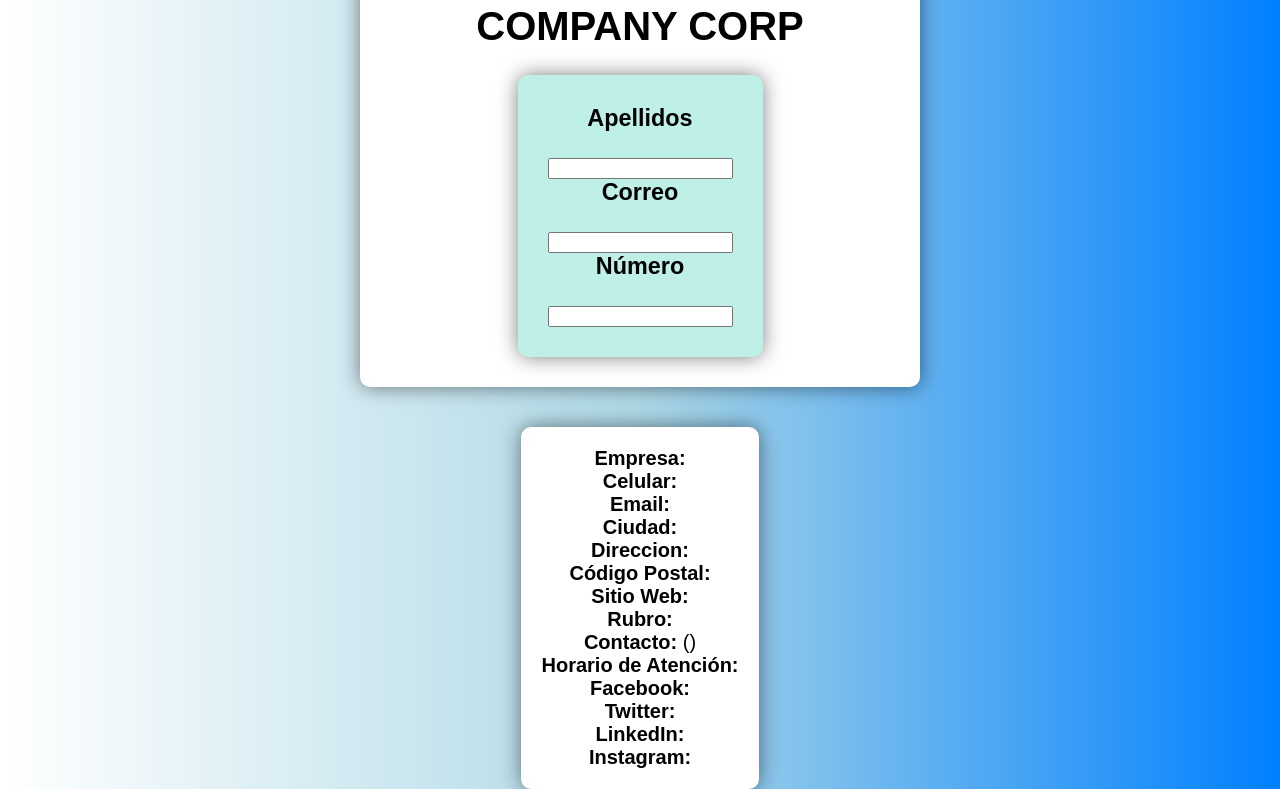
Repository: ANGELEDU141/TAREAWEBEWJASJDASJ
Page: http://localhost/JAVAWEBTAREA/WEB-INF/views/contenido.jsp
These files come from the project's save history. The page is drawn as it stood at one moment and after the next save; the edit follows.
The browser window is 1280 px wide. The pictures show the whole page.
The page is served by Tomcat 9. Nobody is signed in. Other server files are loaded and not shown. The template is opened directly, without the code that normally fills it, so the values that code supplies are empty.

Above is the page before, as saved 2024-09-01 10:10:55.

### JAVAWEBTAREA/src/main/webapp/WEB-INF/views/contenido.jsp
<%@ page language="java" contentType="text/html; charset=UTF-8"
    pageEncoding="UTF-8"%>
<!DOCTYPE html>
<html>
<head>
<meta charset="UTF-8">
<title> COMPANY </title>
<link rel="icon" href="https://static.vecteezy.com/system/resources/previews/008/214/517/non_2x/abstract-geometric-logo-or-infinity-line-logo-for-your-company-free-vector.jpg">
<style>
    body {


        height: 100vh;
        display: flex;
        align-items:center;
         flex-direction: column;
        justify-content: center; /* Centra horizontalmente */
        align-items: center; /* Centra verticalmente */
        font-family: Arial, sans-serif;
		background: linear-gradient(to right, rgb(255, 255, 255), rgb(173, 216, 230), rgb(0, 128, 255));

    }
    .container {

    	width:500px;
    	height:500px;

        max-width: 600px;
        display:flex;
   		flex-direction:column;
   		align-content:center;
   		justify-content: center;
   		align-items:center;
   		padding: 30px;

        background-color: white;
        box-shadow: 0px 0px 20px rgba(0, 0, 0, 0.5);
        text-align: center;
        border-radius: 10px;
        font-size: 20px;

    }

    .contac {

 		margin-top: 40px;
        max-width: 600px;
        padding:20px;
        background-color: white;
        box-shadow: 0px 0px 20px rgba(0, 0, 0, 0.5);
        text-align: center;
        border-radius: 10px;
        font-size: 20px;

        }




    .quest {



   		padding: 30px;
   		border:60px;
        max-width: 200px;
        background-color: rgba(191, 240, 232);
        box-shadow: 0px 0px 20px rgba(0, 0, 0, 0.5);
        text-align: center;
        border-radius: 10px;
        }

        .quest h3{
         margin: 0;
    padding:0px }






</style>
</head>
<body>
    <div class="container">
        <h1> COMPANY CORP </h1>


        <div class="quest">

        <h3>Apellidos</h3><br>
        <input>
        <h3>Correo</h3><br>
        <input>
        <h3>Número</h3><br>
         <input>



        </div>
    </div>

    <div  class="contac">

		<b> Empresa:</b> ${empresa}<br>
		<b> Celular:</b> ${celular}<br>
		<b> Email:</b> ${email}<br>
		<b> Ciudad:</b> ${ciudad}<br>
	    <b>Direccion:</b> ${direccion}<br>
        <b>Código Postal:</b> ${código_postal}<br>
        <b>Sitio Web:</b> <a href="http://${sitio_web}" target="_blank">${sitio_web}</a><br>
        <b>Rubro:</b> ${rubro}<br>
        <b>Contacto:</b> ${contacto_nombre} (${contacto_puesto})<br>
        <b>Horario de Atención:</b> ${horario_atención}<br>
        <b>Facebook:</b> <a href="http://${facebook}" target="_blank">${facebook}</a><br>
        <b>Twitter:</b> <a href="http://${twitter}" target="_blank">${twitter}</a><br>
        <b>LinkedIn:</b> <a href="http://${linkedin}" target="_blank">${linkedin}</a><br>
        <b>Instagram:</b> <a href="http://${instagram}" target="_blank">${instagram}</a>


	</div>
</body>

After the next save:
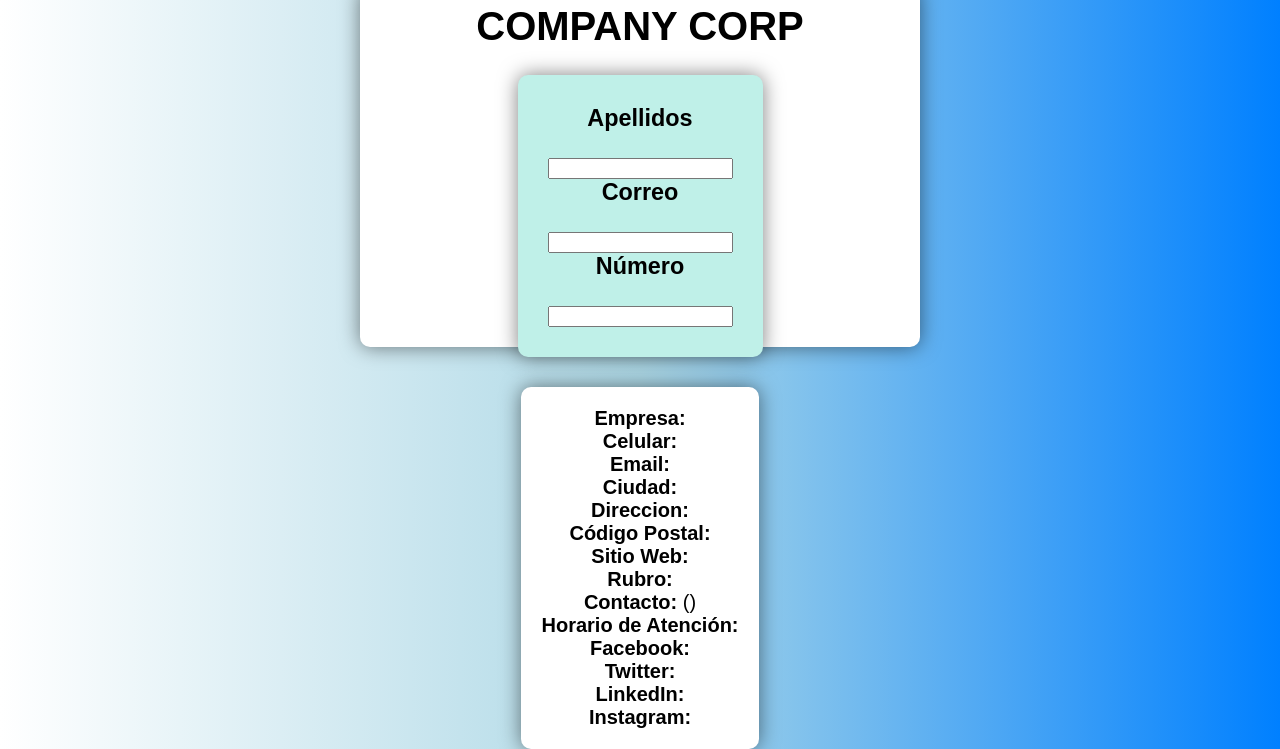
Saved 15 s later.
--- a/JAVAWEBTAREA/src/main/webapp/WEB-INF/views/contenido.jsp
+++ b/JAVAWEBTAREA/src/main/webapp/WEB-INF/views/contenido.jsp
@@ -23,7 +23,7 @@
     .container {
 
     	width:500px;
-    	height:500px;
+    	height:300px;
 
         max-width: 600px;
         display:flex;

After the save that followed:
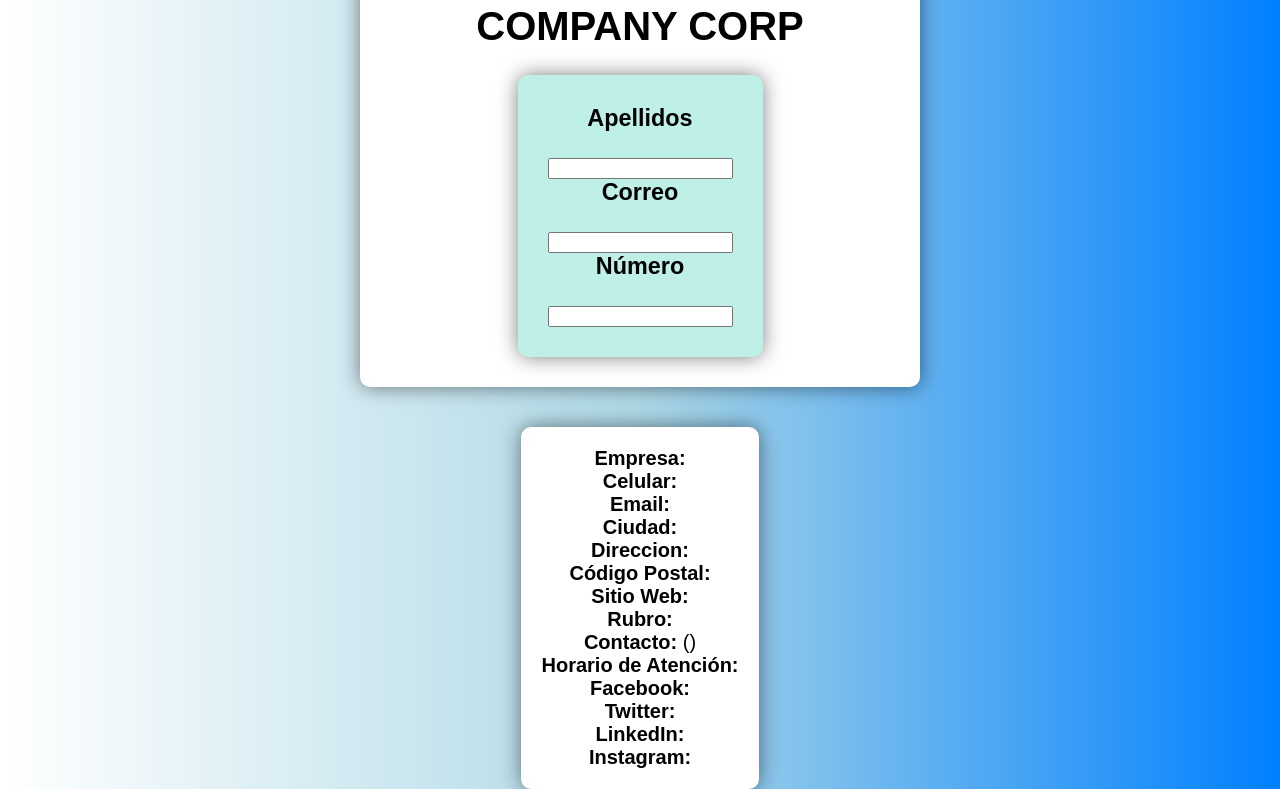
Saved 13 s later.
--- a/JAVAWEBTAREA/src/main/webapp/WEB-INF/views/contenido.jsp
+++ b/JAVAWEBTAREA/src/main/webapp/WEB-INF/views/contenido.jsp
@@ -23,7 +23,7 @@
     .container {
 
     	width:500px;
-    	height:300px;
+    	height:400px;
 
         max-width: 600px;
         display:flex;
